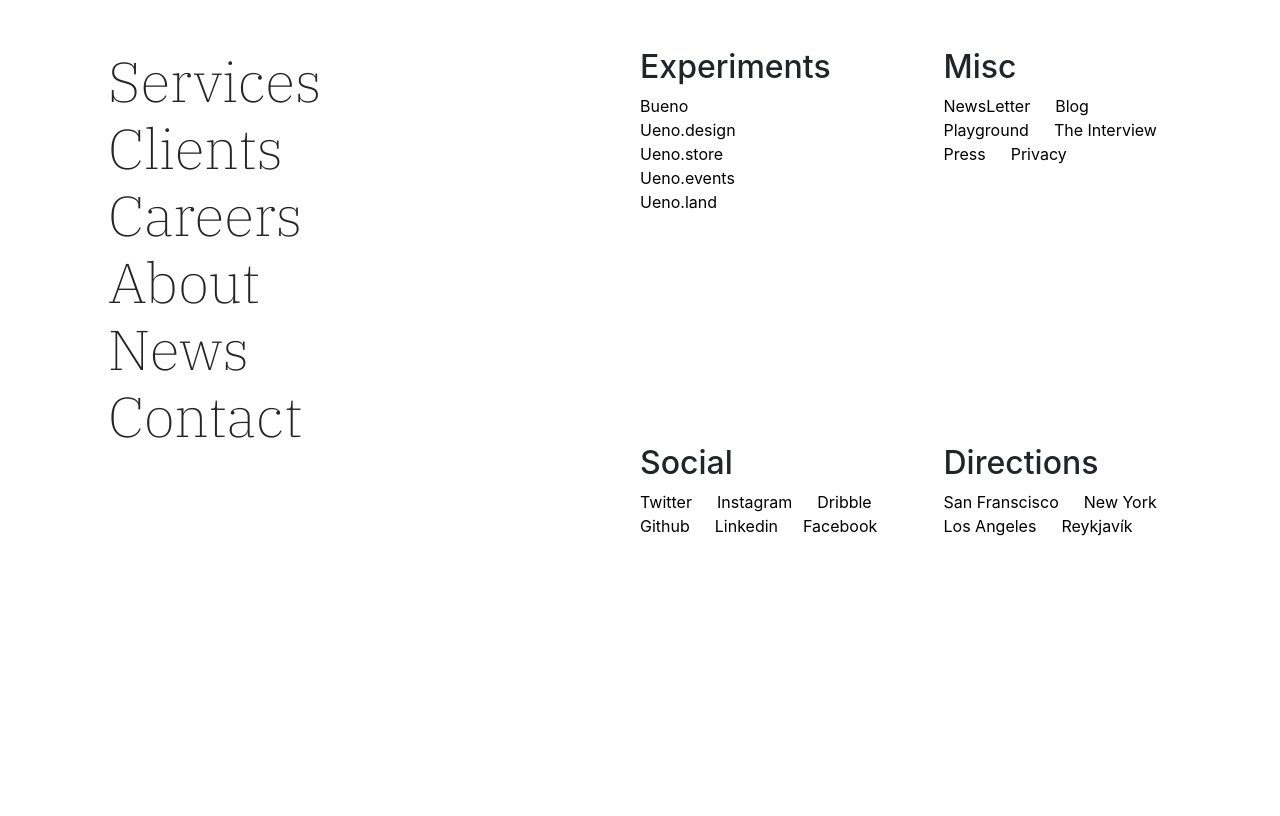
Repository: DeepaPrasanna/UenoClone
Page: /
These files come from the project's save history. The page is drawn as it stood at one moment and after the next save; the edit follows.
The browser window is 1280 px wide. The pictures show the whole page.
The project was rebuilt for these pictures with package versions that can differ from the ones it lists, and the page was loaded fresh each time. Also part of the build but not shown: src/components/Layout/Header.js.

Above is the page before, as saved 2021-05-04 17:07:23.

After the next save:
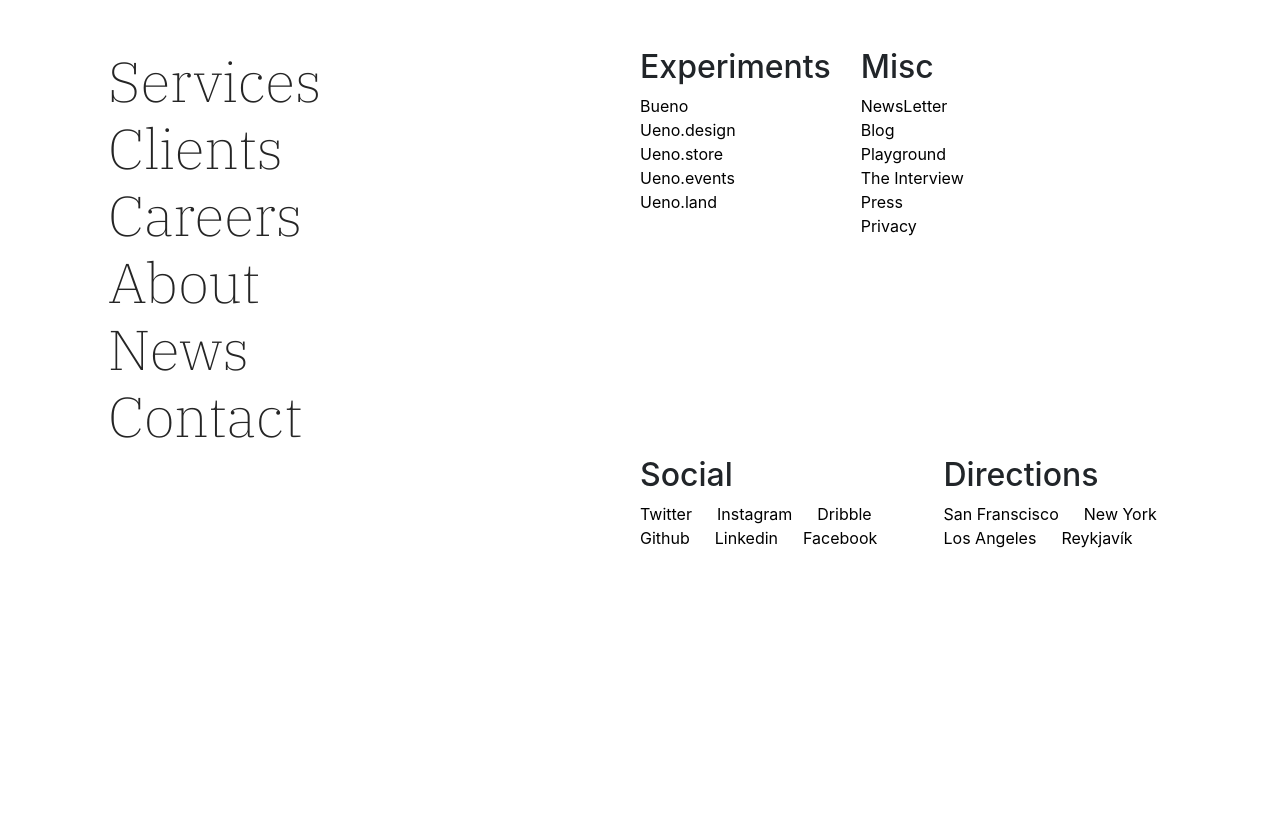
Saved 65 s later.
--- a/src/components/Layout/Screen.js
+++ b/src/components/Layout/Screen.js
@@ -61,7 +61,7 @@
             </Col>
             <Col className="screen-second-column-columns">
               <h2>Misc</h2>
-              <Nav className="">
+              <Nav className="flex-column">
                 <Nav.Link href="#" className="screen-second-column-links">
                   NewsLetter
                 </Nav.Link>
